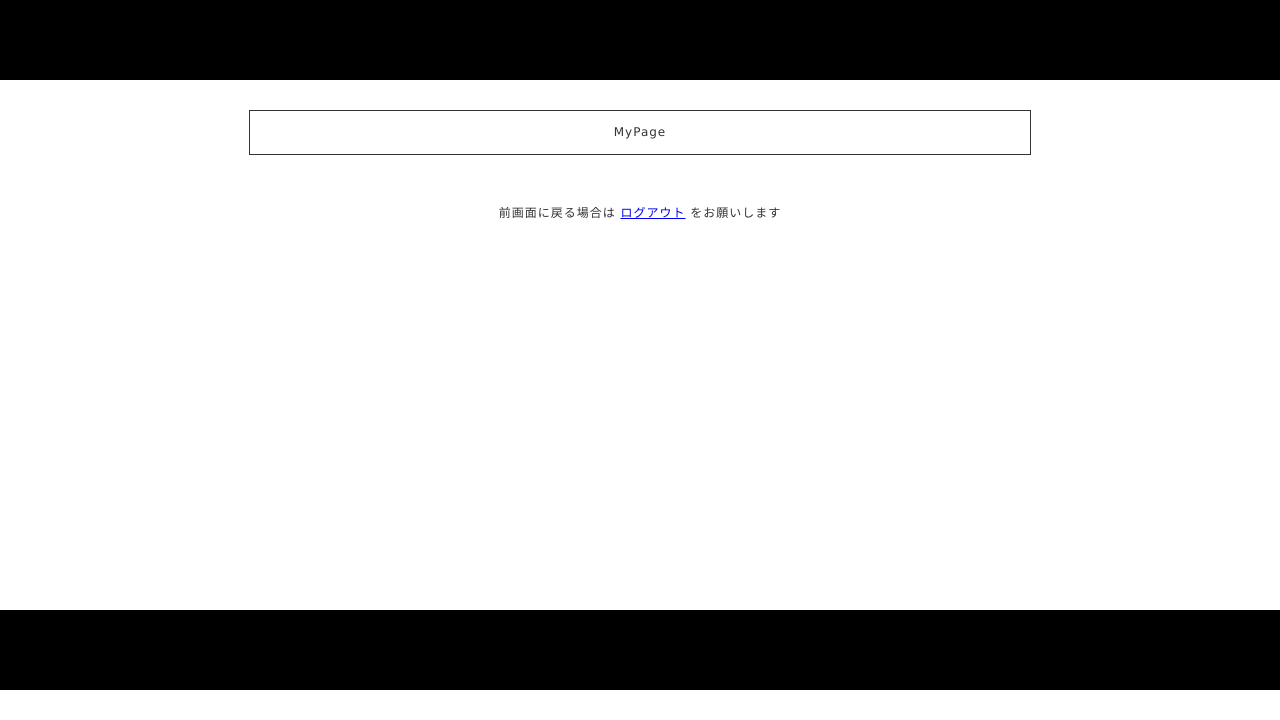
Repository: b1116248/test
Page: http://localhost/template/myPage.jsp
These files come from the project's save history. The page is drawn as it stood at one moment and after the next save; the edit follows.
The browser window is 1280 px wide. The pictures show the whole page.
The page is served by Tomcat 9. Other server files are loaded and not shown.

Above is the page before, as saved 2018-07-26 02:37:04.

### template/WebContent/myPage.jsp
<%@ page language="java" contentType="text/html; charset=UTF-8"
    pageEncoding="UTF-8"%>
<%@ taglib prefix="s" uri="/struts-tags" %>
<!DOCTYPE html>

<html>
<head>
<meta http-equiv="Content-Type" content="text/html; charset=utf-8">
<meta http-equiv="Content-Style-Type"content="text/css"/>
<meta http-equiv="Content-Script-Type" content="text/javascript"/>
<meta http-equiv="imagetoolbar" content="no"/>
<meta name="description" content=""/>
<meta name="keywords" content=""/>
 <title>MyPage画面</title>
<style type="text/css">

body {
margin:0;
padding:0;
line-height:1.6;
letter-spacing:1px;
font-family:Verdana, Helvetica, sans-serif;
font-size:12px;
color:#333;
background:#fff;
}

table {
text-align:center;
margin:0 auto;
}

#top {
width:780px;
margin:30px auto;
border:1px solid #333;
}

#header {
width:100%;
height:80px;
background-color:black;
}

#main{
width:100%;
height:500px;
text-align:center;

}

#footer{
width:100%;
height:80px;
background-color:black;
clear:both;
}

</style>

</head>
<body>

	<div id="header">
		<div id="pr">
		</div>

	</div>

	<div id="main">
		<div id="top">
			<p>MyPage</p>
		</div>
		<div>

			<s:if test="session message ==''">
				<h3>ご購入情報は以下になります。</h3>
				<table>
					<tr>
						<td>商品名</td>
						<td><s:property value="session.buyItem_name"/></td>
					</tr>

					<tr>
						<td>値段</td>
						<td>
							<s:property value="session.total_price" />
								<span>円</span>
						</td>
					</tr>


					<tr>
						<td>購入個数</td>
						<td>
							<s:property value="session.total_count" />
								<span>個</span>
						</td>
					</tr>

					<tr>
						<td>支払い方法</td>
						<td><s:property value="session.total_payment"/></td>
					</tr>
				</table>

				<s:form action="MyPageAction">
					<input type="hidden" name="deleteFlg" value="1">
					<s:submit value="削除" method="delete"/>
				</s:form>

			</s:if>
			<s:if test="session.message !=null">
				<h3><s:property value="session.message"/></h3>
			</s:if>
				<div>
					<br>
					<span>前画面に戻る場合は</span>
					<a href='<s:url action="HomeAction" />'>ログアウト</a>
					<span>をお願いします</span>
				</div>
			</div>
		</div>

		<s:property value="session.total_payment"/>
		<div id="footer">
			<div id="pr">
			</div>
		</div>

</body>
</html>

After the next save:
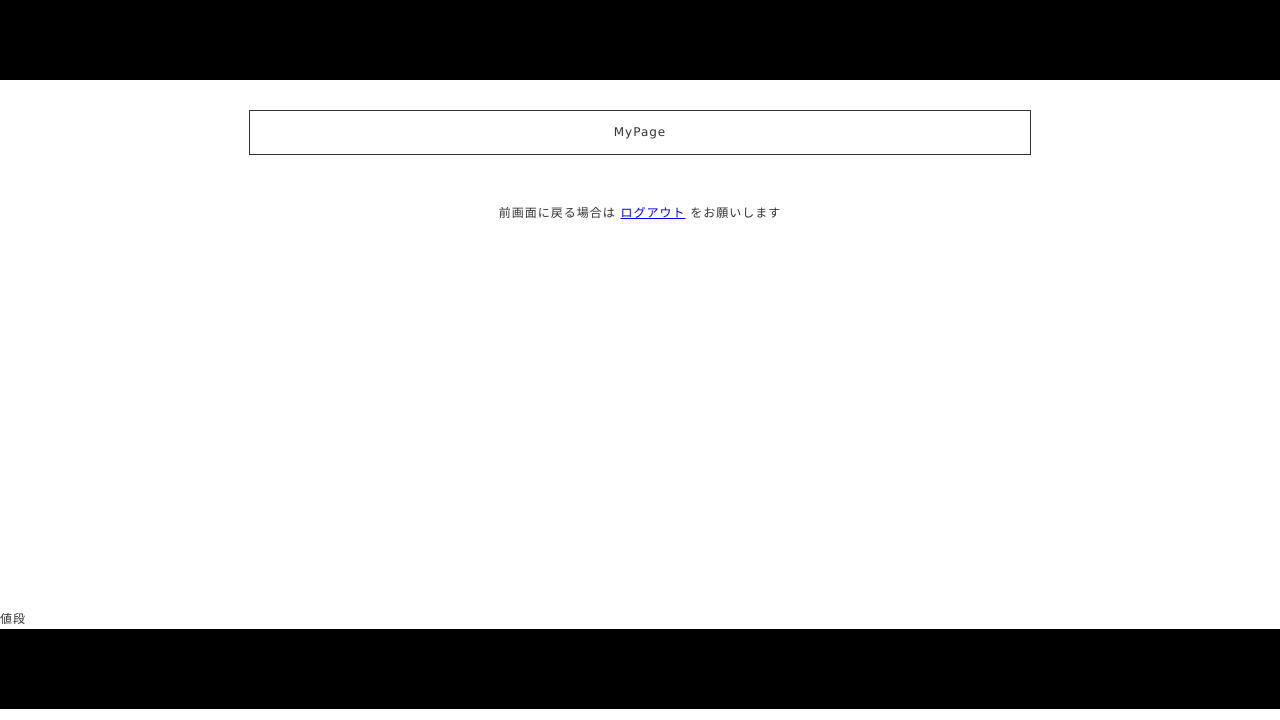
Saved 88 s later.
--- a/template/WebContent/myPage.jsp
+++ b/template/WebContent/myPage.jsp
@@ -122,7 +122,7 @@
 			</div>
 		</div>
 
-		<s:property value="session.total_payment"/>
+		値段<s:property value="session.total_payment"/>
 		<div id="footer">
 			<div id="pr">
 			</div>

After the save that followed:
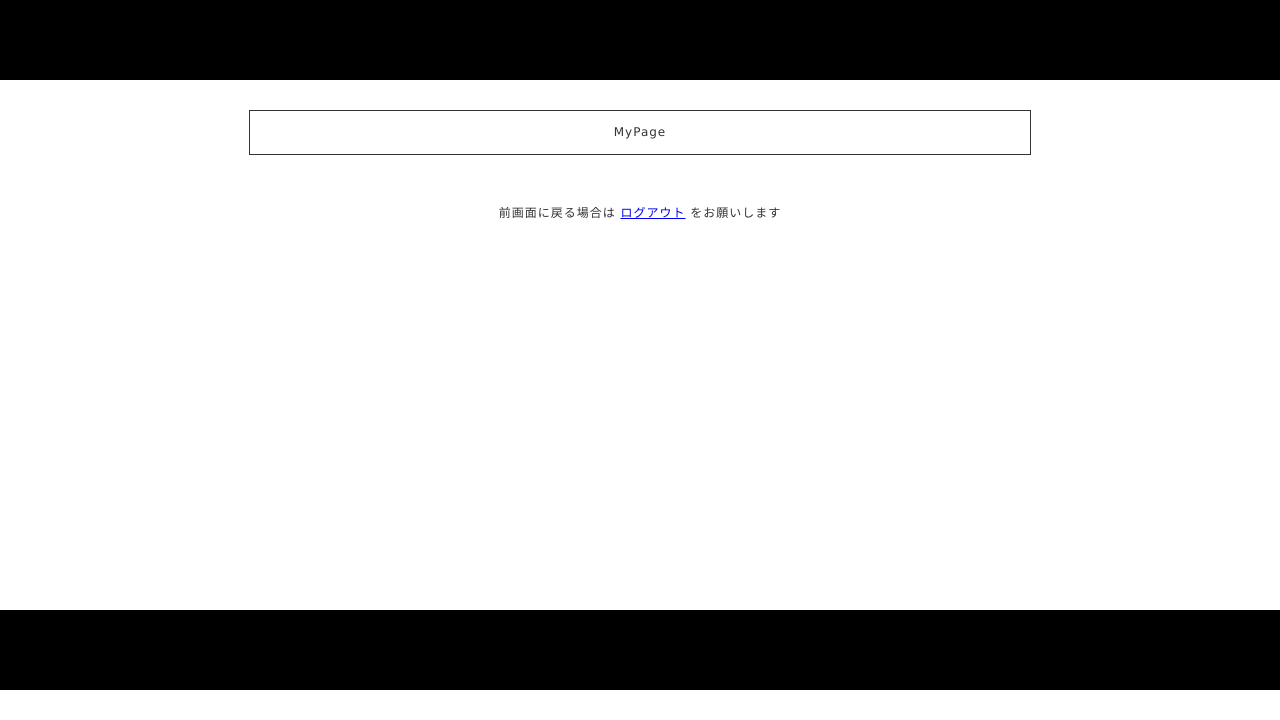
Saved 2 min 53 s later.
--- a/template/WebContent/myPage.jsp
+++ b/template/WebContent/myPage.jsp
@@ -122,7 +122,6 @@
 			</div>
 		</div>
 
-		値段<s:property value="session.total_payment"/>
 		<div id="footer">
 			<div id="pr">
 			</div>
